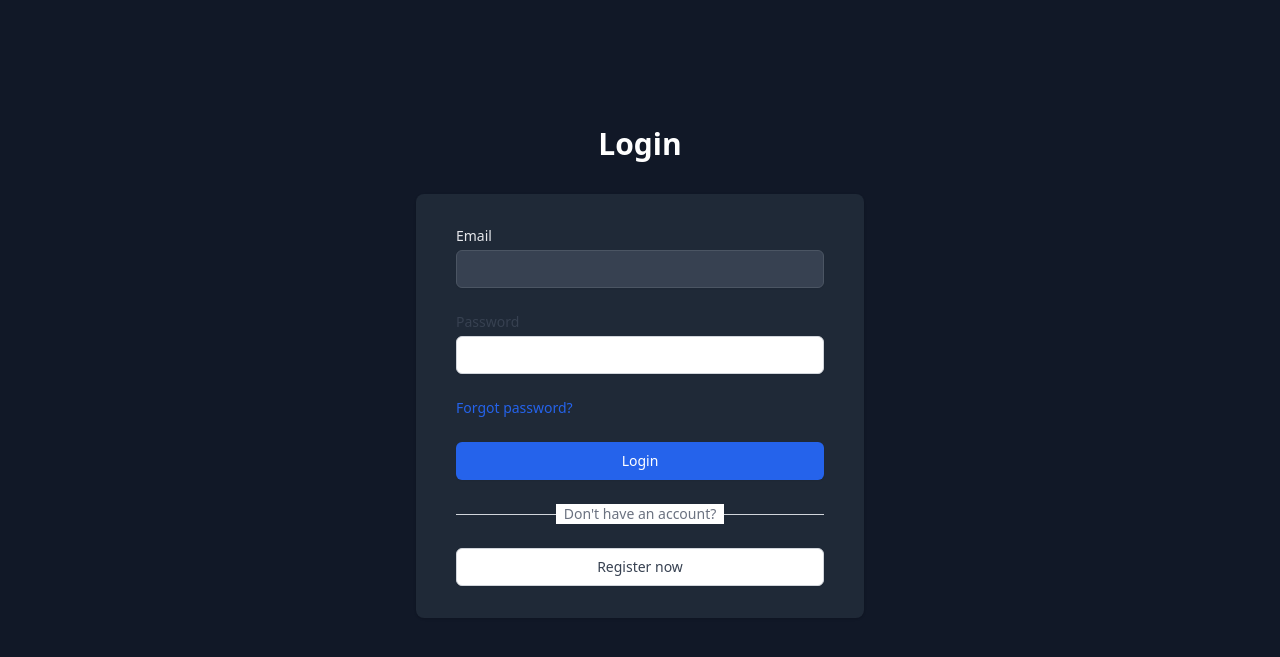
Repository: sotowang/app-landing-page
Page: /login
An editor plug-in stored every save of this project. The page is shown before and after the next save, followed by the edit.
The browser window is 1280 px wide. The pictures show the whole page.
The page's requests for data from a server got no answer. The project was rebuilt for these pictures with package versions that can differ from the ones it lists, and the page was loaded fresh each time. The framework's server and built-in components were replaced by stand-ins that run in the browser. No one was signed in, and anything a server would have sent is missing. Also part of the build but not shown: next.config.js.

Above is the page before, as saved 2025-05-23 22:20:22.

After the next save:
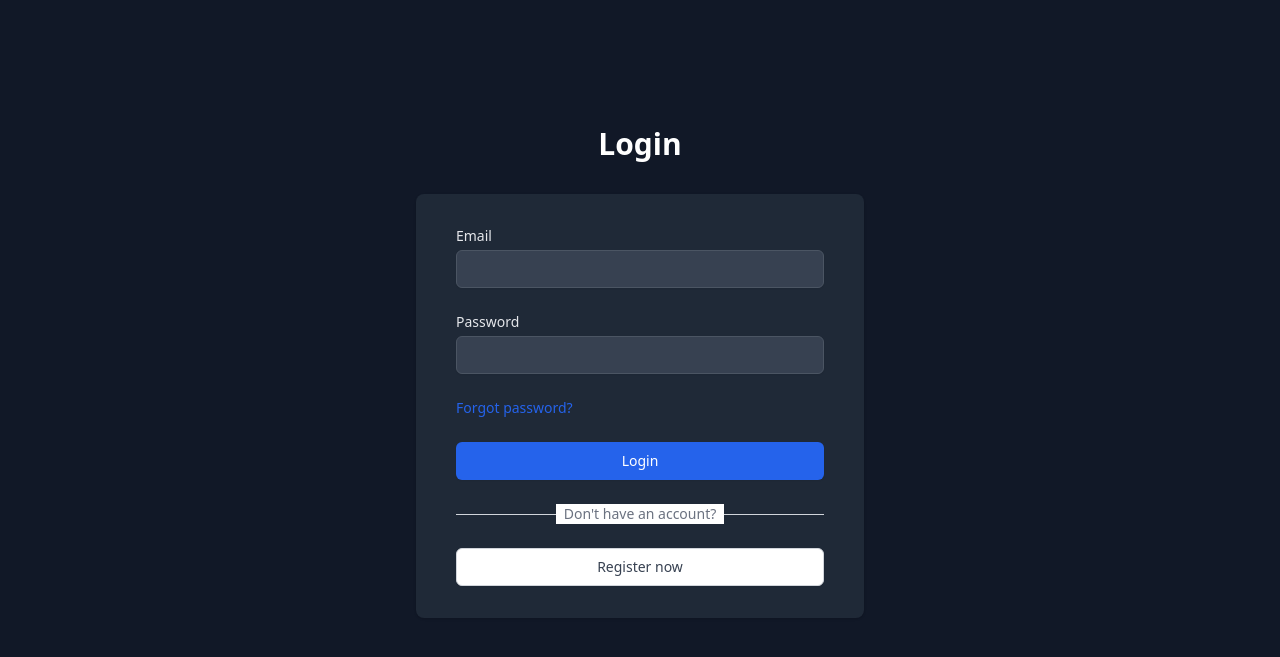
Saved 30 s later.
--- a/app/login/page.tsx
+++ b/app/login/page.tsx
@@ -238,7 +238,7 @@ export default function LoginPage() {
             </div>
 
             <div>
-              <label htmlFor="password" className="block text-sm font-medium text-gray-700">
+              <label htmlFor="password" className="block text-sm font-medium text-gray-200">
                 {t.password}
               </label>
               <div className="mt-1">
@@ -254,8 +254,8 @@ export default function LoginPage() {
                     if (passwordError) setPasswordError('');
                   }}
                   className={`appearance-none block w-full px-3 py-2 border ${
-                    passwordError ? 'border-red-300' : 'border-gray-300'
-                  } rounded-md shadow-sm placeholder-gray-400 focus:outline-none focus:ring-blue-500 focus:border-blue-500 sm:text-sm`}
+                    passwordError ? 'border-red-300' : 'border-gray-600'
+                  } rounded-md shadow-sm placeholder-gray-500 bg-gray-700 text-white focus:outline-none focus:ring-blue-500 focus:border-blue-500 sm:text-sm`}
                 />
                 {passwordError ? (
                   <p className="mt-2 text-sm text-red-600">{passwordError}</p>
